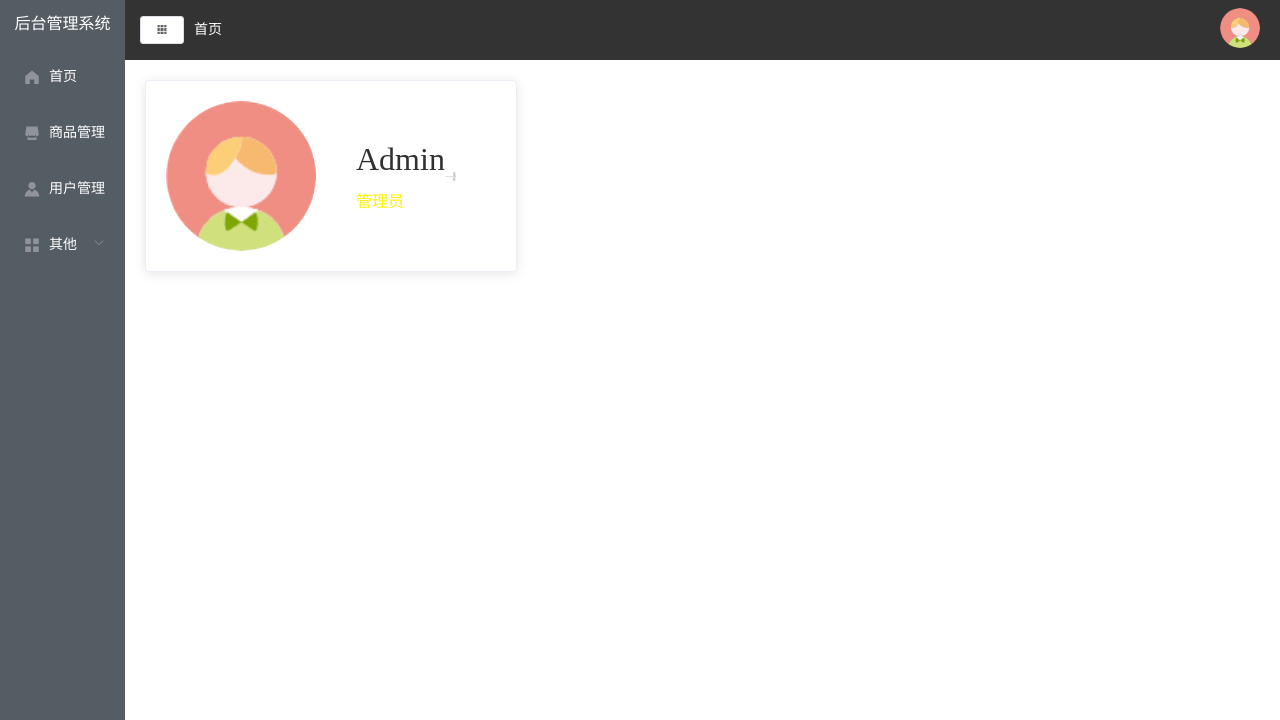
Repository: tkqi/manage
Page: /
These files come from the project's save history. The page is drawn as it stood at one moment and after the next save; the edit follows.
The browser window is 1280 px wide. The pictures show the whole page.
The project was rebuilt for these pictures with package versions that can differ from the ones it lists, and the page was loaded fresh each time. Also part of the build but not shown: vue.config.js.

Above is the page before, as saved 2023-12-03 15:56:05.

### src/main.js
import Vue from 'vue'
import App from './App.vue'
import router from './router'
import store from './store'
import ElementUI from 'element-ui';
import 'element-ui/lib/theme-chalk/index.css';

Vue.config.productionTip = false
Vue.use(ElementUI);

new Vue({
  router,
  store,
  render: h => h(App)
}).$mount('#app')

### src/App.vue
<template>
  <div id="app">
    <!-- 路由出口 -->
    <router-view />
  </div>
</template>

<script>
export default {
  name: 'App'
}
</script>

<style lang="less">
html,
body,
h3,
p {
  margin: 0;
  padding: 0;
}
</style>

### src/router/index.js
import Vue from 'vue'
import VueRouter from 'vue-router'
import routes from './routes'
Vue.use(VueRouter)


const router = new VueRouter({
  routes: routes
})

// 暴露router实例
export default router

### src/store/index.js
import Vue from 'vue'
import Vuex from 'vuex'
import tab from './tab.js'

Vue.use(Vuex)

const store = new Vuex.Store({
  state: {

  },
  getters: {
  },
  mutations: {
  },
  actions: {
  },
  modules: {
    tab
  }
})

export default store;

### src/router/routes.js
export default [
    // 主路由
    {
        path: '/',
        component: () => import('../views/Main.vue'),
        redirect: '/home',// 重定向
        // 子路由
        children: [
            {
                // 首页
                path: '/home',
                // 路由组件懒加载
                component: () => import('../views/Home.vue')
            },
            {
                // 用户管理
                path: '/user',
                component: () => import('../views/User.vue')
            },
            {
                // 商品管理
                path: '/mall',
                component: () => import('../views/Mall.vue')
            },
            {
                // 其他/页面1
                path: '/page1',
                component: () => import('../views/Page1.vue')
            },
            {
                // 其他/页面2
                path: '/page2',
                component: () => import('../views/Page2.vue')
            },
        ]
    },
    {
        path: '/home',
        // 路由组件懒加载
        component: () => import('../views/Home.vue')
    },
    {
        path: '/user',
        component: () => import('../views/User.vue')
    }
]

### src/store/tab.js
// 菜单相关数据
export default {
    state: {
        isCollapse: false
    },
    getters: {
        getisCollapse: (state) => state.isCollapse
    },
    mutations: {
        EDITIsCollapse(state){
            state.isCollapse = !state.isCollapse;
        }
    }
}

### src/views/Main.vue
<!-- eslint-disable vue/multi-word-component-names -->
<template>
    <div>
        <el-container>
            <el-aside width="auto">
                <sidebar />
            </el-aside>
            <el-container>
                <el-header>
                    <topbar />
                </el-header>
                <el-main>
                    <transition>
                        <router-view />
                    </transition>
                </el-main>
            </el-container>
        </el-container>
    </div>
</template>

<script>
import sidebar from '../components/sidebar.vue'
import topbar from '../components/topbar.vue';
export default {
    components: {
        sidebar,
        topbar
    }
}
</script>

<style lang="less" scoped>
.el-header {
    padding: 0;
    margin: 0;
}
</style>

### src/views/Home.vue
<!-- eslint-disable vue/multi-word-component-names -->
<template>
    <el-row>
        <el-col :span="8">
            <div>
                <el-card class="box-card">
                    <div class="user">
                        <img class="img" src="../assets/img/user-default.png" alt="">
                        <div class="user-info">
                            <P class="name">Admin</P>
                            <p class="access">管理员</p>
                        </div>
                        <el-divider></el-divider>
                        <div class="login-info">
                            <p>上次登录时间: <span>2023-12-03</span></p>
                            <p>上次登录地点: <span>绍兴</span></p>
                        </div>
                    </div>
                </el-card>
            </div>
        </el-col>
        <el-col :span="16">
            <div class="grid-content bg-purple-light"></div>
        </el-col>
    </el-row>
</template>

<script>
export default {
    data() {
        return {

        }
    }
}
</script>
<style lang="less" scoped>
.user {
    display: flex;
    align-items: center;
    padding-right: 0px;

    .login-info {
        p {
            font-size: 1px;
            margin-right: 40px;

            span {
                font-size: 1px;
            }
        }
    }

    .user-info {
        .name {
            font-size: 32px;
            margin-bottom: 10px;
        }

        .access {
            color: #fff000;
        }
    }

    img {
        height: 150px;
        width: 150px;
        border-radius: 50%;
        margin-right: 40px;
    }
}
</style>

### src/components/sidebar.vue
<!-- eslint-disable vue/multi-word-component-names -->
<template>
    <el-menu class="menu" @open="handleOpen" @close="handleClose" :collapse="isCollapse" background-color="#545c64"
        text-color="#fff" active-text-color="#ffd04b">
        <h3>{{ !isCollapse?'后台管理系统':'后台' }}</h3>
        <el-menu-item v-for="item in noChildren" :key="item.name" :index="item.name" @click="clickMenu(item)">
            <i :class="`el-icon-${item.icon}`"></i>
            <span slot="title">{{ item.label }}</span>
        </el-menu-item>
        <el-submenu v-for="item in hasChildren" :key="item.label" :index="item.label">
            <template slot="title">
                <i :class="`el-icon-${item.icon}`"></i>
                <span slot="title">{{ item.label }}</span>
            </template>
            <el-menu-item-group v-for="subitem in item.children" :key="subitem.name">
                <el-menu-item :index="subitem.name" @click="clickSubmenu(subitem)">
                    <!-- <template slot="title"> -->
                    <i :class="`el-icon-${subitem.icon}`"></i>
                    <span slot="title">{{ subitem.name }}</span>
                    <!-- </template> -->
                </el-menu-item>
            </el-menu-item-group>
        </el-submenu>
    </el-menu>
</template>

<script>
export default {
    computed: {
        // 无子菜单
        noChildren() {
            return this.menuData.filter(o => !o.children);
        },
        // 有子菜单
        hasChildren() {
            return this.menuData.filter(o => o.children);
        },
        isCollapse() {
           return this.$store.state.tab.isCollapse;
        }
    },
    data() {
        return {
            // 使用store实时改变属性需要定义到computed
            // isCollapse: this.$store.getters('getisCollapse'),
            menuData: [
                {
                    path: '/',
                    name: 'home',
                    label: "首页",
                    icon: 's-home',
                    url: 'Home/Home'
                },
                {
                    path: '/mall',
                    name: 'mall',
                    label: "商品管理",
                    icon: 's-shop',
                    url: 'MallManage/MallManage'
                },
                {
                    path: '/user',
                    name: 'user',
                    label: "用户管理",
                    icon: 's-custom',
                    url: 'UserManage/UserManage'
                },
                {
                    label: '其他',
                    icon: 'menu',
                    children: [
                        {
                            path: '/page1',
                            name: 'page1',
                            label: "页面1",
                            icon: 's-claim',
                            url: 'Other/PageOne'
                        },
                        {
                            path: '/page2',
                            name: 'page2',
                            label: "页面2",
                            icon: 's-claim',
                            url: 'Other/PageTwo'
                        },
                    ]
                }
            ]
        };
    },
    methods: {
        handleOpen(key, keyPath) {
            console.log(key, keyPath);
        },
        handleClose(key, keyPath) {
            console.log(key, keyPath);
        },
        clickMenu(item) {
            console.log(this.$router.currentRoute.path);
            // 判断当前路由于点击链接的路由不一致才跳转
            if (item.path != this.$route.path && !(this.$route.path == '/home' && item.path == '/'))
                this.$router.push(item.path);
        },
        clickSubmenu(subitem) {
            // 判断当前路由于点击链接的路由不一致才跳转
            if (subitem.path != this.$route.path)
                this.$router.push(subitem.path);
        }
    }
}
</script>

<style lang="less" scoped>
.el-menu-vertical-demo:not(.el-menu--collapse) {
    width: 200px;
    min-height: 400px;
}

.menu {
    height: 100vh;
    border-right:0;
    h3 {
        color: rgb(255, 255, 255);
        text-align: center;
        line-height: 48px;
        font-size: 16px;
        font-weight: 400;
    }
}
</style>

### src/components/topbar.vue
<!-- eslint-disable vue/multi-word-component-names -->
<template>
    <div class="head-container">
        <div class="l-content">
            <el-button icon="el-icon-s-grid" size="mini" @click="changeCollapse()"/>
            <!-- 面包屑 -->
            <span class="text">首页</span>
        </div>
        <div class="r-content">
            <el-dropdown>
                <span class="el-dropdown-link">
                    <img class="img" src="../assets/img/user-default.png" alt="">
                </span>
                <el-dropdown-menu slot="dropdown">
                    <el-dropdown-item>个人中心</el-dropdown-item>
                    <el-dropdown-item>退出</el-dropdown-item>
                </el-dropdown-menu>
            </el-dropdown>
        </div>
    </div>
</template>

<script>
export default {
    data(){
        return{

        }
    },
    methods:{
        changeCollapse(){
            console.log(1);
            this.$store.commit('EDITIsCollapse');
        }
    }
}
</script>

<style lang="less" scoped>
.head-container {
    background-color: #333;
    height: 60px;
    display: flex;
    justify-content: space-between;
    align-items: center;
    padding-left: 15px;
    padding-right: 20px;
}

// .l-content {
//     padding-left: 15px;
// }

// .r-content {}

.text {
    color: white;
    font-size: 14px;
    padding-left: 10px;
}

.img{
    height: 40px;
    width: 40px;
    border-radius: 50%;
}
</style>

Loaded but not shown: public/index.html (common file)

After the next save:
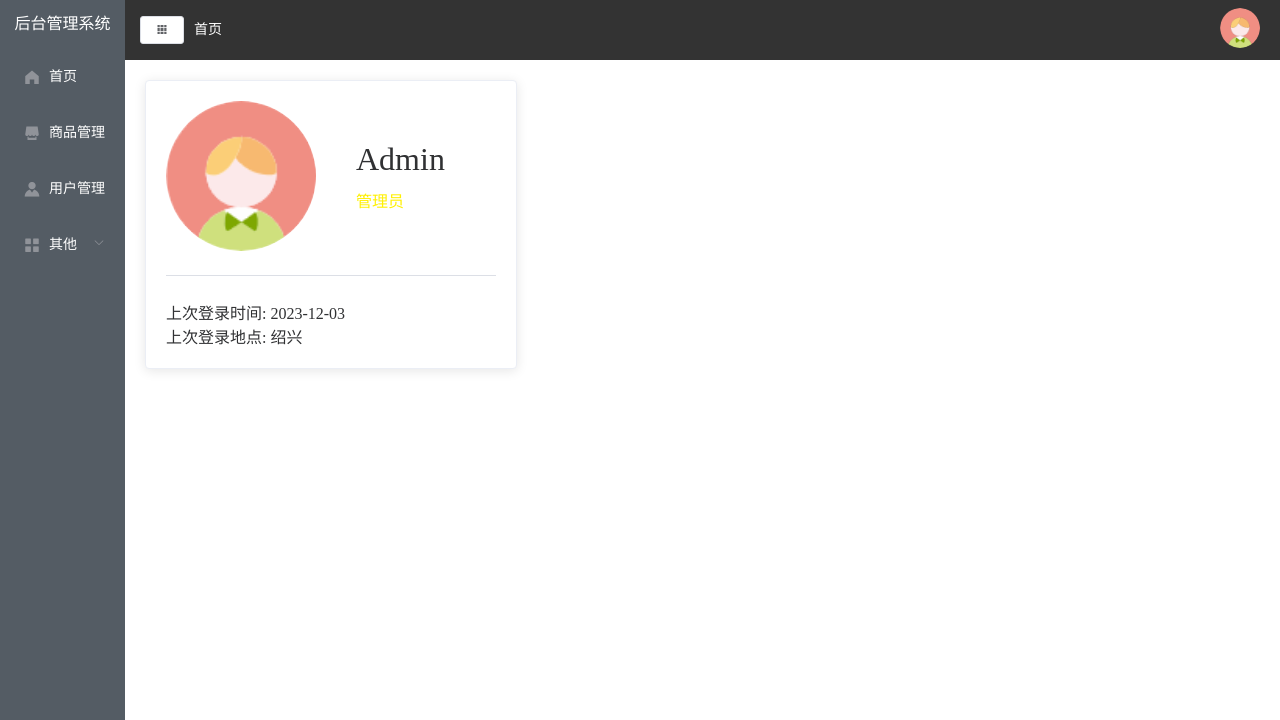
Saved 24 s later.
--- a/src/views/Home.vue
+++ b/src/views/Home.vue
@@ -10,11 +10,11 @@
                             <P class="name">Admin</P>
                             <p class="access">管理员</p>
                         </div>
-                        <el-divider></el-divider>
-                        <div class="login-info">
-                            <p>上次登录时间: <span>2023-12-03</span></p>
-                            <p>上次登录地点: <span>绍兴</span></p>
-                        </div>
+                    </div>
+                    <el-divider></el-divider>
+                    <div class="login-info">
+                        <p>上次登录时间: <span>2023-12-03</span></p>
+                        <p>上次登录地点: <span>绍兴</span></p>
                     </div>
                 </el-card>
             </div>
